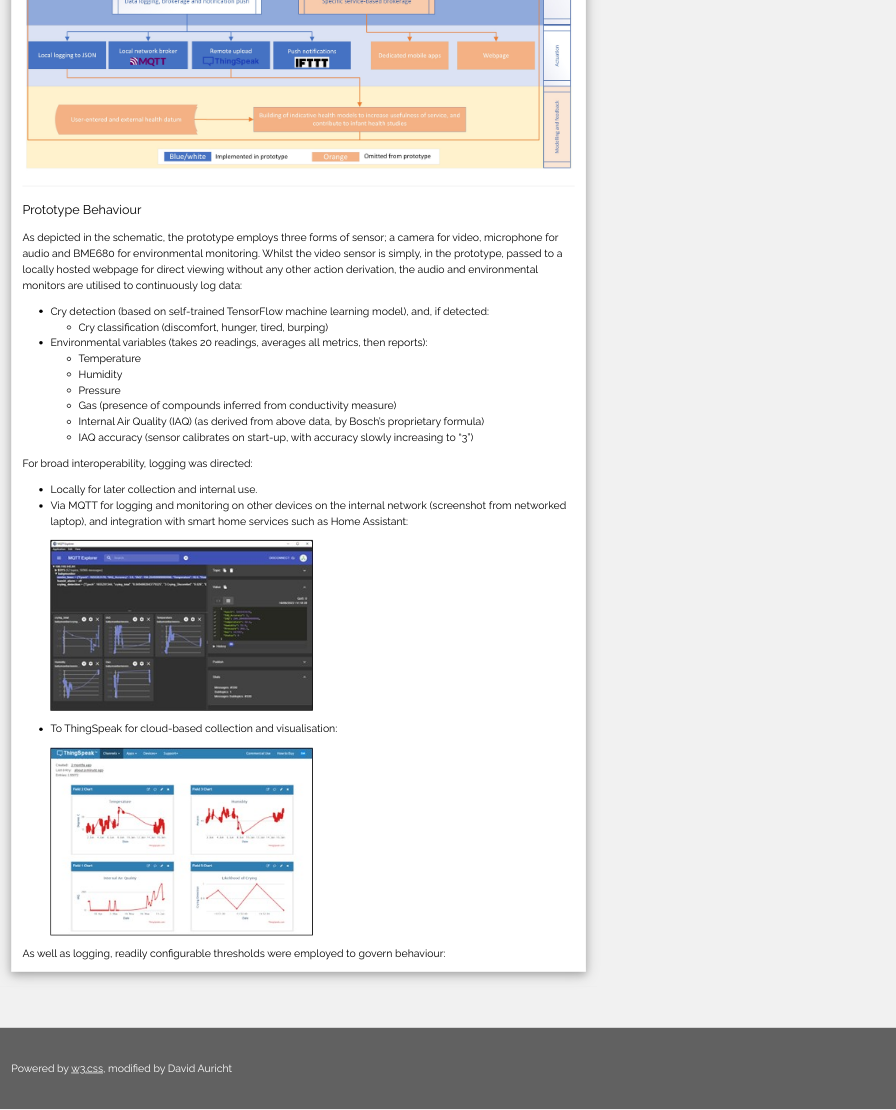
Repository: TodaysSawyer/cecs_8001_journal
Page: CECS_8001_build_journal/maker_project.html
The author's editor kept a copy of each file at every save. The page is drawn from the files as they stood at one save, then again after the next save.
The browser window is 1280 px wide. The pictures show the part of the page from y = 1365 to 3285 px (the page is 2950 px tall before and 3285 px after), at 70% of full size.

Above is the page before, as saved 2022-08-23 10:34:45.

### CECS_8001_build_journal/maker_project.html
<!--Site layout and design credit goes to W3 Schools' "Blog template" from https://www.w3schools.com/w3css/tryw3css_templates_blog.htm-->
<!--Modifications and content by David Auricht-->

<!DOCTYPE html>
<html>
<head>
<title>David Auricht's Cybernetics Build Journal</title>
<meta charset="UTF-8">
<meta name="viewport" content="width=device-width, initial-scale=1">
<link rel="stylesheet" href="https://www.w3schools.com/w3css/4/w3.css">
<link rel="stylesheet" href="https://fonts.googleapis.com/css?family=Raleway">
<style>
body,h1,h2,h3,h4,h5 {font-family: "Raleway", sans-serif}
</style>
</head>
<body class="w3-light-grey">

<!-- w3-content defines a container for fixed size centered content,
and is wrapped around the whole page content, except for the footer in this example -->
<div class="w3-content" style="max-width:1400px">

<!-- Header -->
<header class="w3-container w3-center w3-padding-32">
  <h1><b>Master of Applied Cybernetics - CECS8001 – Build Journey</b></h1>
  <p>David Auricht - U7446851</p>
</header>

<!-- Grid -->
<div class="w3-row">

<!-- Blog entries -->
<div class="w3-col l8 s12">
  <!-- Blog entry -->
  <div class="w3-card-4 w3-margin w3-white">
    <div class="w3-container">
      <h3><b>Maker Project</b></h3>
    </div>

    <div class="w3-container">
      <h6>Covered: Skills 1, 2, 3</h6>
      <p>The Individual Maker Project was a key pressing matter and drew upon, to varying degrees, all three target skills. With a goal of building a “cybernetic” baby monitor, and in order of skills, I would need:</p>
      <ol>
        <li>Coding - writing a large library of bespoke Python, operating on a Raspberry Pi to support key objectives of environmental monitoring, cry detection and classification utilising a machine learning model, data logging and smart notifications, and a real-time video stream.</li>
        <li>Physical “making” - soldering sensors and mounting components.</li>
        <li>Project managing - setting a defined set of goals, working to an iterative model that aims to ensure a functional product at multiple intervals in line with hitting a strict demo-day deadline.</li>
      </ol>
      <p>I found myself barrelling down ever more rabbit holes as I iterated from a simple BME280-based environmental sensor to a fully-featured prototype. To extract from CECS6001 Assessment 2B writings:</p>
      <i>
        <p>In the prototype phase, boundaries of the product will be strictly defined by the creator. In particular, the functions that sit outside these boundaries are:</p>
        <ul>
          <li>Implementation of only a single degree of machine-learning enabled monitoring (audio).</li>
          <li>No dedicated web interface (although camera feed was made available in a simple webform).</li>
          <li>No dedicated applications for direct mobile interfacing.</li>
          <li>No analysis of captured data or cross-referencing with health studies and outcomes.</li>
          <li>No “feedback” of captured data or data analysis into the models and processes.</li>
        </ul>
        <p>Further to this, the physical design of the prototype is limited as a bare Raspberry Pi with USB microphone, wired and bare environmental sensor, and ribbon-connected, unhoused, camera.  The lack of housing, and inability to suitably mount the sensors without utilising twisted wire, is far from marketable or usable in an average household scenario.</p>
      </i>
      <p>Please refer to the following page for a schematic of the Maker Project, covering ultimate goal and prototype implementation, and feel free to review the committed code at <a href="https://gitlab.cecs.anu.edu.au/u7446851/cecs_8001_s1_maker" target="_blank">https://gitlab.cecs.anu.edu.au/u7446851/cecs_8001_s1_maker</a>(please ask me for access as required, as I’m not comfortable with making it public in the present state).</p>
      <p><a href = "maker_schematic.jpg" target = "_blank"><img src="maker_schematic.jpg" alt="Maker project: Overall schematic" style="width:100%" ></a></p>
      <hr>

      <h5>Prototype Behaviour</h5>
      <p>As depicted in the schematic, the prototype employs three forms of sensor; a camera for video, microphone for audio and BME680 for environmental monitoring. Whilst the video sensor is simply, in the prototype, passed to a locally hosted webpage for direct viewing without any other action derivation, the audio and environmental monitors are utilised to continuously log data:</p>
      <ul>
        <li>Cry detection (based on self-trained TensorFlow machine learning model), and, if detected:</li>
        <ul>
          <li>Cry classification (discomfort, hunger, tired, burping)</li>
        </ul>
        <li>Environmental variables (takes 20 readings, averages all metrics, then reports):</li>
        <ul>
          <li>Temperature</li>
          <li>Humidity</li>
          <li>Pressure</li>
          <li>Gas (presence of compounds inferred from conductivity measure)</li>
          <li>Internal Air Quality (IAQ) (as derived from above data, by Bosch’s proprietary formula)</li>
          <li>IAQ accuracy (sensor calibrates on start-up, with accuracy slowly increasing to “3”)</li>
        </ul>
      </ul>
      <p>For broad interoperability, logging was directed:</p>
      <ul>
        <li>Locally for later collection and internal use.</li>
        <li>Via MQTT for logging and monitoring on other devices on the internal network (screenshot from networked laptop), and integration with smart home services such as Home Assistant:</li>
        <p><img src="maker_mqtt.jpg" alt="Maker project: MQTT logging" style="width:50%" class="center"></p>
        <li>To ThingSpeak for cloud-based collection and visualisation:</li>
        <p><img src="maker_ts.jpg" alt="Maker project: ThingSpeak logging" style="width:50%" class="center"></p>
      </ul>
      <p bgcolor="#800000" >As well as logging, readily configurable thresholds were employed to govern behaviour:</p>


    </div>
  </div>
  <hr>
<!-- END BLOG ENTRIES -->
</div>

<!-- Sidebar -->
<div class="w3-col l4">
  <!-- About Card -->
  <div class="w3-card w3-margin w3-margin-top">
  <img src="home_dave_profile.jpg" style="width:100%">
    <div class="w3-container w3-white">
      <h4><b>Dave</b></h4>
      <p>"Recovering Professional Cynic"</p>
      <p>With a background in software testing, and management thereof, I come to the programme loking to hone broader interests in modern and emerging technologies and the benefits I hope they can provide to society.</p>
    </div>
  </div><hr>

  <!-- Posts -->
  <div class="w3-card w3-margin">
    <div class="w3-container w3-padding">
      <h4>Entries</h4>
    </div>
    <ul class="w3-ul w3-hoverable w3-white">
      <li>
         <a href="index.html" target="_self">
         <img src="sidebar_intro_icon.jpg" alt="Image" class="w3-left w3-margin-right" style="width:50px">
         <span class="w3-large">Intro</span><br>
         <span>An introduction to myself and my journal.</span>
         </a>
      </li>
      <li>
        <a href="skills.html" target="_self">
        <img src="skills_balloon.jpg" alt="Image" class="w3-left w3-margin-right" style="width:50px">
        <span class="w3-large">Skills</span><br>
        <span>An overview of "build" skills to be developed</span>
        </a>
     </li>
    </ul>
  </div>
  <hr>

<!-- END Sidebar -->
</div>

<!-- END GRID -->
</div><br>

<!-- END w3-content -->
</div>

<!-- Footer -->
<footer class="w3-container w3-dark-grey w3-padding-32 w3-margin-top">
  <p>Powered by <a href="https://www.w3schools.com/w3css/default.asp" target="_blank">w3.css</a>, modified by David Auricht</p>
</footer>

</body>
</html>

After the next save:
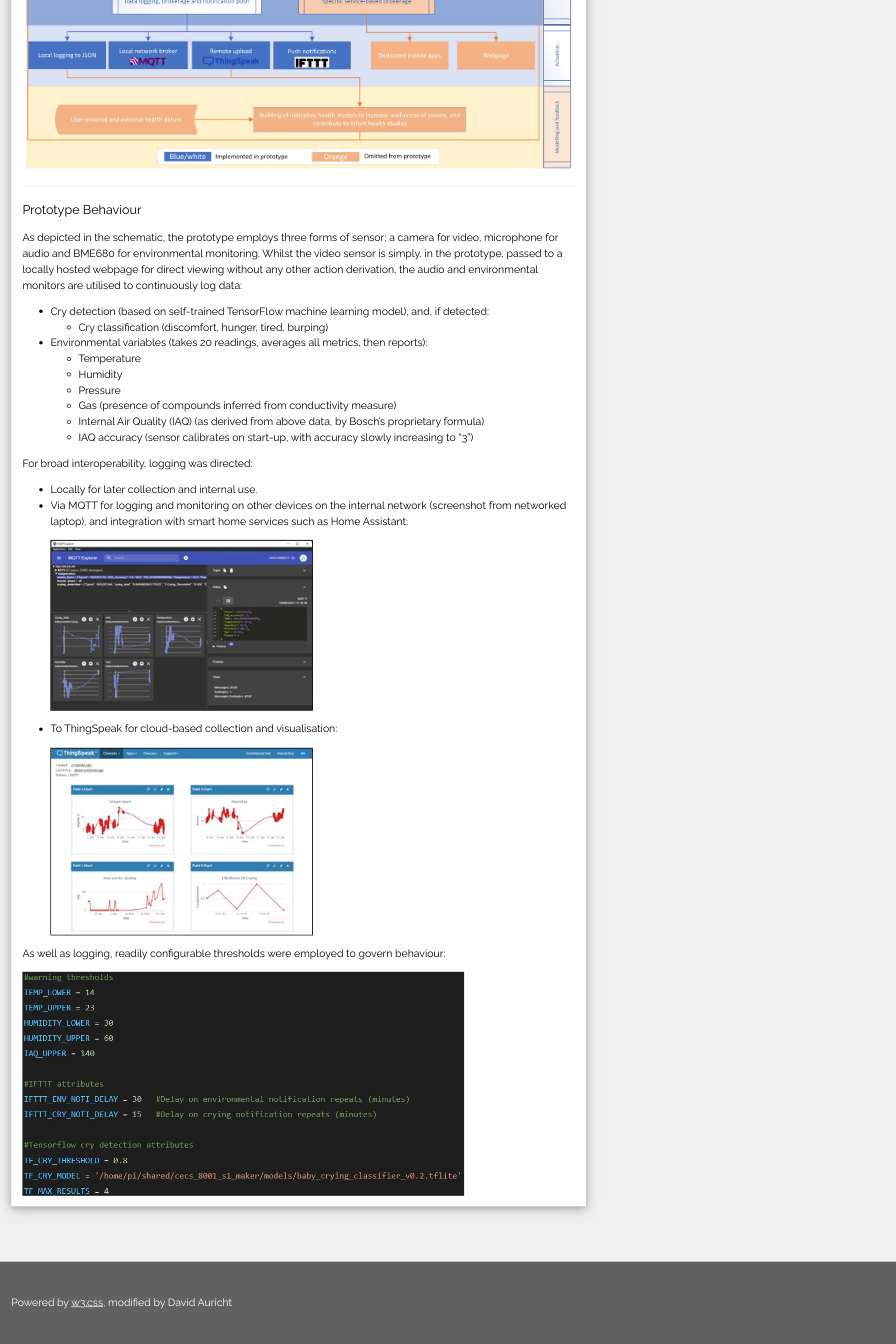
Saved 5 min 5 s later.
--- a/CECS_8001_build_journal/maker_project.html
+++ b/CECS_8001_build_journal/maker_project.html
@@ -85,7 +85,8 @@
         <li>To ThingSpeak for cloud-based collection and visualisation:</li>
         <p><img src="maker_ts.jpg" alt="Maker project: ThingSpeak logging" style="width:50%" class="center"></p>
       </ul>
-      <p bgcolor="#800000" >As well as logging, readily configurable thresholds were employed to govern behaviour:</p>
+      <p>As well as logging, readily configurable thresholds were employed to govern behaviour:</p>
+      <p><img src="maker_config.jpg" alt="Maker project: Configuration" style="width:80%" class="center"></p>
 
 
     </div>
